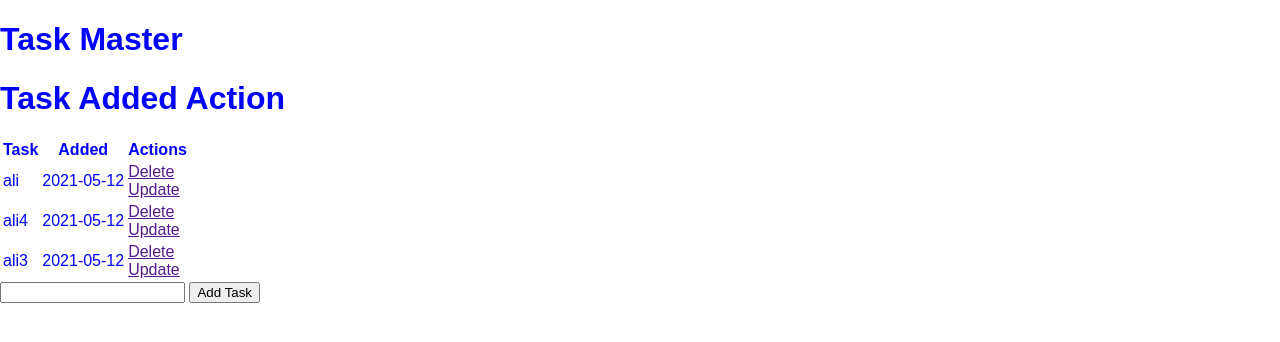
Repository: zamaniali1995/Flask-Intro
Page: http://localhost/
The author's editor kept a copy of each file at every save. The page is drawn from the files as they stood at one save, then again after the next save.
The browser window is 1280 px wide. The pictures show the whole page.
The page is served by the project's application, run on Flask 3 (app.py). The page reads the database file committed with the project.

Above is the page before, as saved 2021-05-12 15:17:32.

### templates/index.html
{% extends 'base.html' %} {% block head %}
<h1>Task Master</h1>{% endblock %} {% block body %}
<div class="content">
    <h1>Task Added Action</h1>

    <table>
        <tr>
            <th>Task</th>
            <th>Added</th>
            <th>Actions</th>
        </tr>
        {% for task in tasks %}
        <tr>
            <td>{{ task.content }}</td>
            <td>{{ task.date_created.date() }}</td>
            <td>
                <a href="">Delete</a>
                <br>
                <a href="">Update</a>
            </td>
        </tr>
        {% endfor %}
    </table>

    <form action="/" method="POST">
        <input type="text" name="content" id="content">
        <input type="submit" value="Add Task">
    </form>
</div>
{% endblock %}

### templates/base.html
<!DOCTYPE html>
<html lang="en">

<head>
    <meta charset="UTF-8">
    <meta name="viewport" content="width=device-width, initial-scale=1.0">
    <link rel="stylesheet" href="{{ url_for('static', filename='css/main.css') }}"> {% block head %}{% endblock %}
</head>

<body>
    {% block body %}{% endblock %}
</body>

</html>

### app.py
from flask import Flask, render_template, url_for, request, request
from flask_sqlalchemy import SQLAlchemy
from datetime import datetime

app = Flask(__name__)
app.config['SQLALCHEMY_DATABASE_URI'] = 'sqlite:///test.db'
db = SQLAlchemy(app)


class Todo(db.Model):
    id = db.Column(db.Integer, primary_key=True)
    content = db.Column(db.String(200), nullable=False)
    date_created = db.Column(db.DateTime, default=datetime.utcnow)

    def __repr__(self):
        return '<Task %r>' % self.id
@app.route('/', methods=['POST', 'GET'])
def index():
    if request.method == 'POST':
        task_content = request.form['content']
        new_task = Todo(content=task_content)

        try:
            # db.session.add(new_task)
            # db.session.commit()
            return redirect('/')
        except:
            return 'There was an issue adding your task'
    else:
        tasks = Todo.query.order_by(Todo.date_created).all()
        return render_template("index.html", tasks=tasks)

@app.route('/delete/<int:id>')
def delete(id):
    task_to_delete = Todo.query.get_or_404(id)
    try:
        db.session.delete(task_to_delete)
        db.session.commit()
        return redirect('/')
    except:
        return 'There is an issue in deleting the item'
if __name__ == "__main__":
    app.run(debug=True)

### static/css/main.css
body {
    margin: 0;
    font-family: sans-serif;
    color: blue;
}

### test.db (the tables this page reads, as SQL)
CREATE TABLE todo (
	id INTEGER NOT NULL, 
	content VARCHAR(200) NOT NULL, 
	date_created DATETIME, 
	PRIMARY KEY (id)
);
INSERT INTO "todo" VALUES
(1, 'ali', '2021-05-12 21:20:14.103203'),
(2, 'ali4', '2021-05-12 21:24:48.061862'),
(3, 'ali3', '2021-05-12 21:24:50.670287');

After the next save:
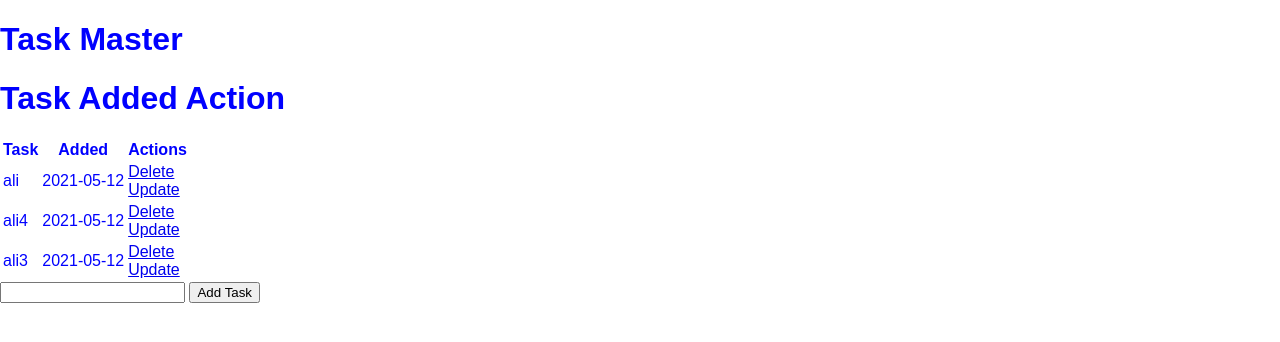
Saved 52 s later.
--- a/templates/index.html
+++ b/templates/index.html
@@ -14,9 +14,9 @@
             <td>{{ task.content }}</td>
             <td>{{ task.date_created.date() }}</td>
             <td>
-                <a href="">Delete</a>
+                <a href="/delete">Delete</a>
                 <br>
-                <a href="">Update</a>
+                <a href="/update">Update</a>
             </td>
         </tr>
         {% endfor %}
